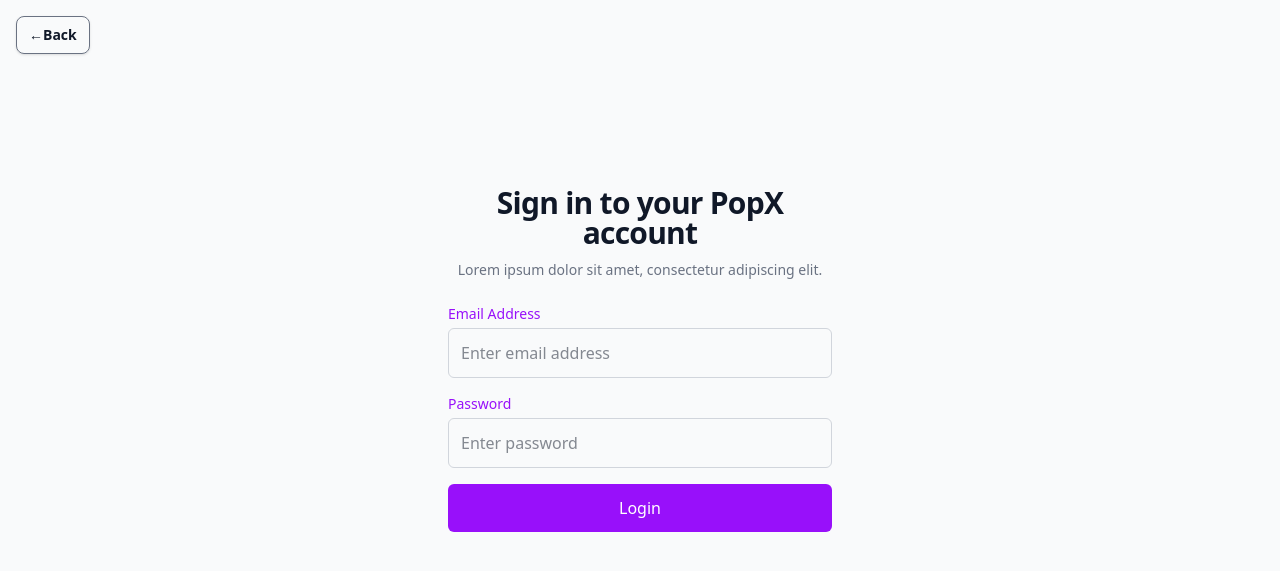
Repository: tanayburbure/inter
Page: /login
An editor plug-in stored every save of this project. The page is shown before and after the next save, followed by the edit.
The browser window is 1280 px wide. The pictures show the whole page.
The project was rebuilt for these pictures with package versions that can differ from the ones it lists, and the page was loaded fresh each time. Also part of the build but not shown: vite.config.js, src/pages/Welcome.jsx, src/pages/Signup.jsx, src/pages/Account.jsx.

Above is the page before, as saved 2025-06-17 23:02:42.

### src/App.jsx
import React from "react";
import { BrowserRouter as Router, Routes, Route, useLocation, useNavigate } from "react-router-dom";
import Welcome from "./pages/Welcome";
import Login from "./pages/Login";
import Signup from "./pages/Signup";
import Account from "./pages/Account";
import { UserProvider } from "./pages/UserContex";

// BackButton Component (only hidden on Welcome page)
function BackButton() {
  const location = useLocation();
  const navigate = useNavigate();

  // Hide on Welcome page
  if (location.pathname === "/") return null;

  return (
    <button
      onClick={() => navigate(-1)}
      className="absolute top-4 left-4 px-3 py-2 text-lg border border-gray-500 rounded-lg font-bold shadow text-sm hover:bg-[#CEBAFB]"
    >
      ←Back
    </button>
  );
}

// AppContent separated to use Router hooks
function AppContent() {
  return (
    <div className="relative min-h-screen bg-gray-100 text-gray-900">
      <BackButton />
      <Routes>
        <Route path="/" element={<Welcome />} />
        <Route path="/login" element={<Login />} />
        <Route path="/signup" element={<Signup />} />
        <Route path="/account" element={<Account />} />
      </Routes>
    </div>
  );
}

export default function App() {
  return (
    <UserProvider>
      <Router>
        <AppContent />
      </Router>
    </UserProvider>
  );
}

### src/pages/Login.jsx
import { useNavigate } from 'react-router-dom';
import { useUser } from './UserContex'; // adjust path
import { useState } from 'react';

export default function Login() {
  const navigate = useNavigate();
  const { userData } = useUser();
  const [error, setError] = useState('');

  const handleLogin = (e) => {
    e.preventDefault();

    const form = e.target;
    const email = form.email.value;
    const password = form.password.value;

    if (!userData) {
      setError('No account found. Please sign up first.');
      return;
    }

    if (email === userData.email && password === userData.password) {
      setError('');
      navigate('/account');
    } else {
      setError('Invalid email or password.');
    }
  };

  return (
    <div className="min-h-screen flex items-center justify-center bg-gray-50 px-4 sm:px-6 lg:px-8">
      <div className="w-full max-w-sm space-y-6">
        <div>
          <h2 className="text-center text-3xl leading-none font-bold tracking-tight">Sign in to your PopX account</h2>
          <p className="mt-3 text-center text-sm text-gray-500">
            Lorem ipsum dolor sit amet, consectetur adipiscing elit.
          </p>
        </div>

        <form className="space-y-4" onSubmit={handleLogin}>
          <div>
            <label className="text-sm text-purple-600 font-medium block mb-1">Email Address</label>
            <input
              name="email"
              type="email"
              placeholder="Enter email address"
              required
              className="w-full border border-gray-300 rounded-md p-3 focus:outline-none focus:ring-2 focus:ring-purple-500"
            />
          </div>
          <div>
            <label className="text-sm text-purple-600 font-medium block mb-1">Password</label>
            <input
              name="password"
              type="password"
              placeholder="Enter password"
              required
              className="w-full border border-gray-300 rounded-md p-3 focus:outline-none focus:ring-2 focus:ring-purple-500"
            />
          </div>

          {error && <p className="text-sm text-red-500">{error}</p>}

          <button
            type="submit"
            className="w-full bg-purple-600 hover:bg-purple-700 text-white py-3 rounded-md font-medium transition duration-200"
          >
            Login
          </button>
        </form>
      </div>
    </div>
  );
}

### src/pages/UserContex.jsx
import { createContext, useState, useContext } from "react";

const UserContext = createContext();

export function UserProvider({ children }) {
  const [userData, setUserData] = useState(null);
  return (
    <UserContext.Provider value={{ userData, setUserData }}>
      {children}
    </UserContext.Provider>
  );
}

export function useUser() {
  return useContext(UserContext);
}

Loaded but not shown: index.html (common file); src/main.jsx (common file); src/index.css (common file)

After the next save:
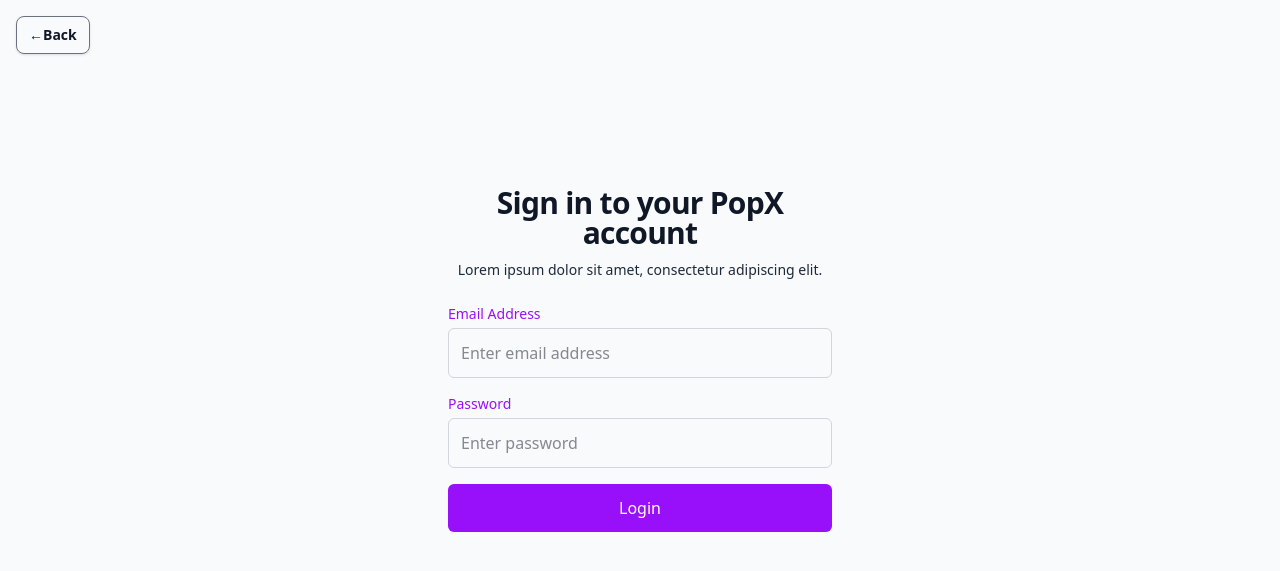
Saved 4 s later.
--- a/src/pages/Login.jsx
+++ b/src/pages/Login.jsx
@@ -32,7 +32,7 @@
       <div className="w-full max-w-sm space-y-6">
         <div>
           <h2 className="text-center text-3xl leading-none font-bold tracking-tight">Sign in to your PopX account</h2>
-          <p className="mt-3 text-center text-sm text-gray-500">
+          <p className="mt-3 text-center text-sm text-gray-800">
             Lorem ipsum dolor sit amet, consectetur adipiscing elit.
           </p>
         </div>
